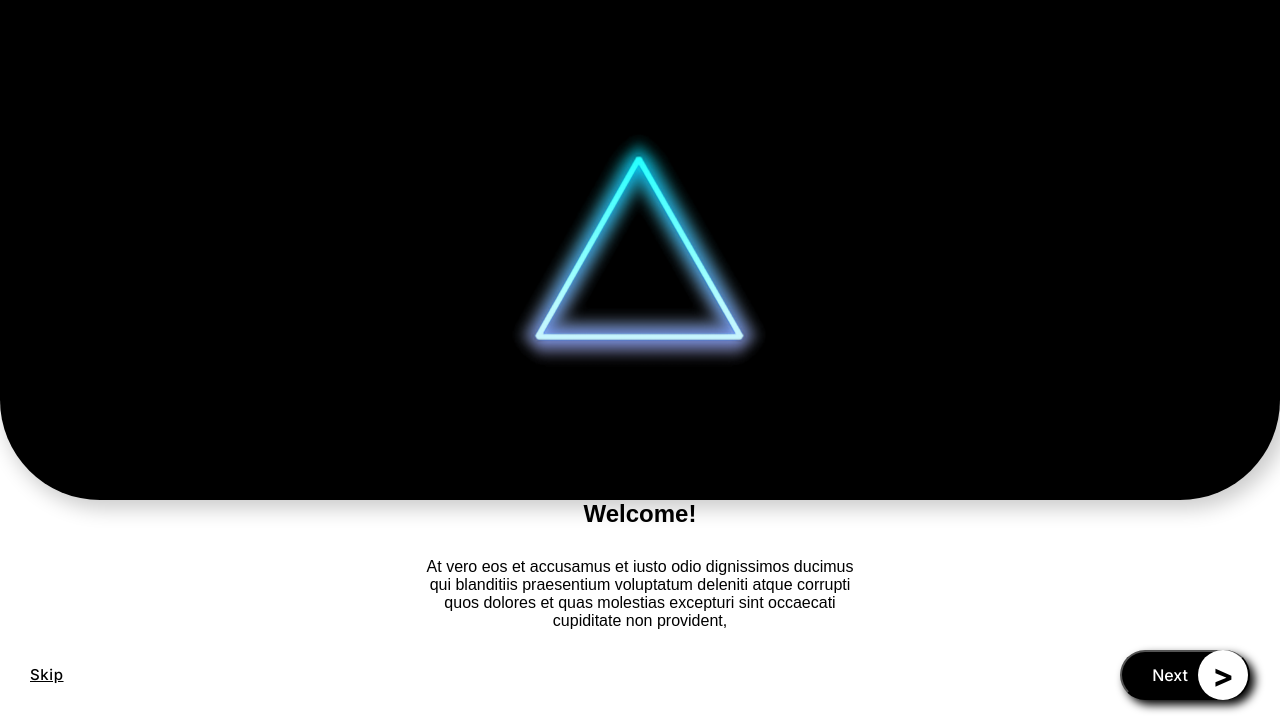
Repository: Cherced/virtualassistant
Page: /Welcome
These files come from the project's save history. The page is drawn as it stood at one moment and after the next save; the edit follows.
The browser window is 1280 px wide. The pictures show the whole page.
The project was rebuilt for these pictures with package versions that can differ from the ones it lists, and the page was loaded fresh each time. The framework's server and built-in components were replaced by stand-ins that run in the browser.

Above is the page before, as saved 2022-07-14 13:51:04.

After the next save:
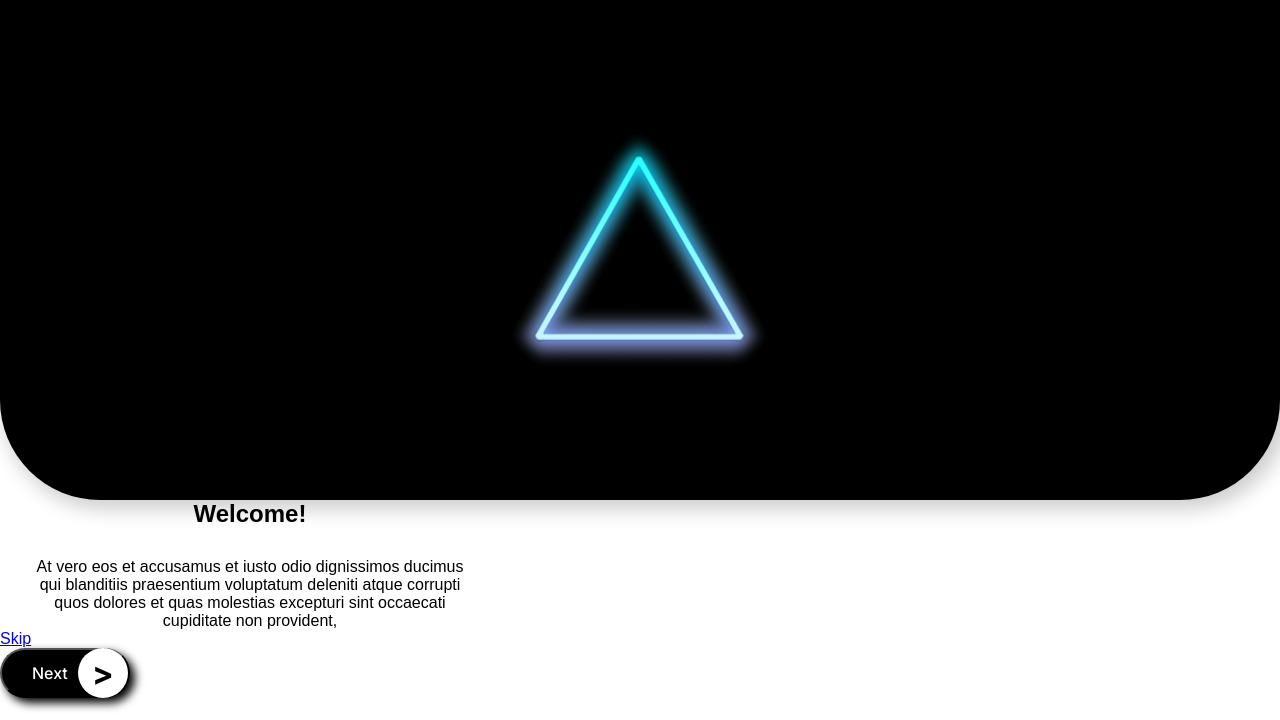
Saved 3 min 33 s later.
--- a/pages/Welcome.jsx
+++ b/pages/Welcome.jsx
@@ -18,12 +18,14 @@
   };
 
   return (
-    <div className="welcome">
-        <HeaderWelcome/>
+
+    <>
+            <HeaderWelcome/>
         <MainContent/>
         <NavButtons/>
-    </div>
-  )
+
+    </>
+ )
 }
 
 export default Welcome

After the save that followed:
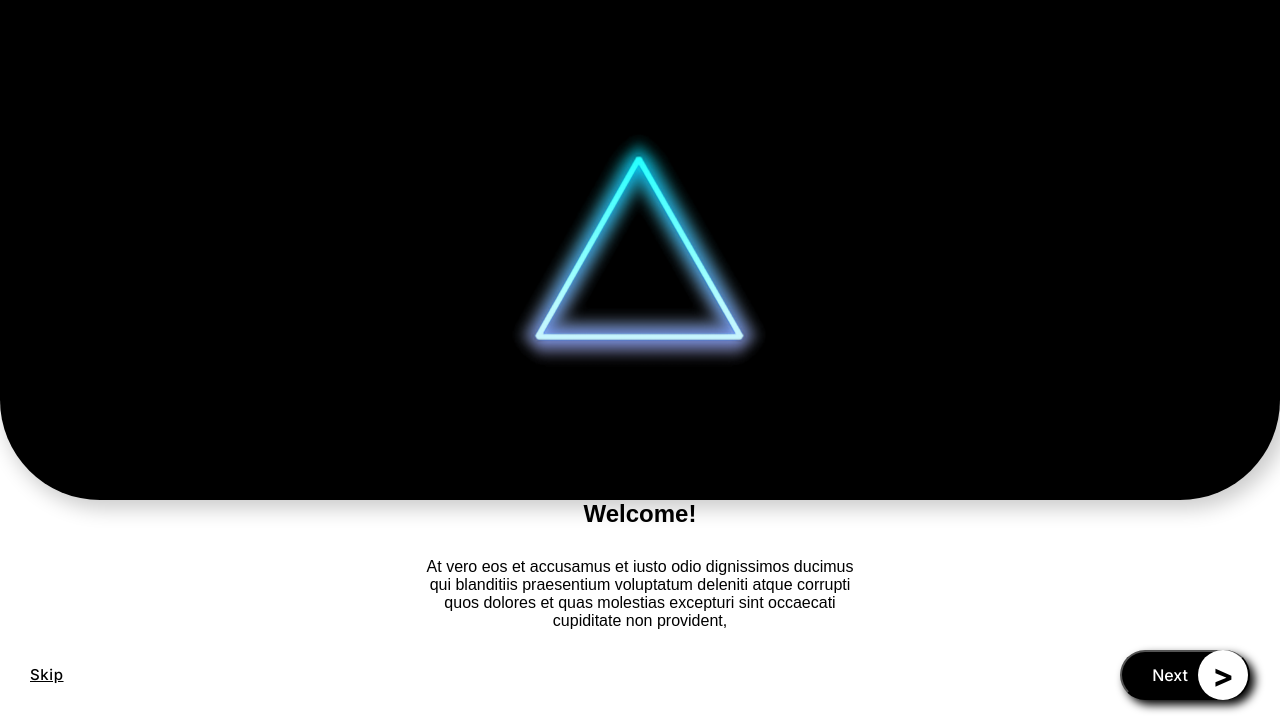
Saved 35 s later.
--- a/pages/Welcome.jsx
+++ b/pages/Welcome.jsx
@@ -5,27 +5,24 @@
 
 const Welcome = () => {
   window.onload = () => {
-    document.querySelector(".arrow-right").addEventListener("click", clickRight);
-    document.querySelector(".arrow-left").addEventListener("click", clickLeft);
-    document
-      .querySelector(".send-button")
-      .addEventListener("click", e => validateForm(e));
-    document.querySelectorAll(".project").forEach(element => {
-      element.addEventListener("click", e => openModal(e));
-    });
-    document.body.addEventListener("click", e => closeModal(e));
-    document.body.addEventListener("keyup", e => listenForEsc(e));
-  };
-
+  document.querySelector(".arrow-right").addEventListener("click", clickRight);
+  document.querySelector(".arrow-left").addEventListener("click", clickLeft);
+  document
+    .querySelector(".send-button")
+    .addEventListener("click", e => validateForm(e));
+  document.querySelectorAll(".project").forEach(element => {
+    element.addEventListener("click", e => openModal(e));
+  });
+  document.body.addEventListener("click", e => closeModal(e));
+  document.body.addEventListener("keyup", e => listenForEsc(e));
+};
   return (
-
-    <>
-            <HeaderWelcome/>
+    <div className="welcome">
+        <HeaderWelcome/>
         <MainContent/>
         <NavButtons/>
-
-    </>
- )
+    </div>
+  )
 }
 
 export default Welcome
